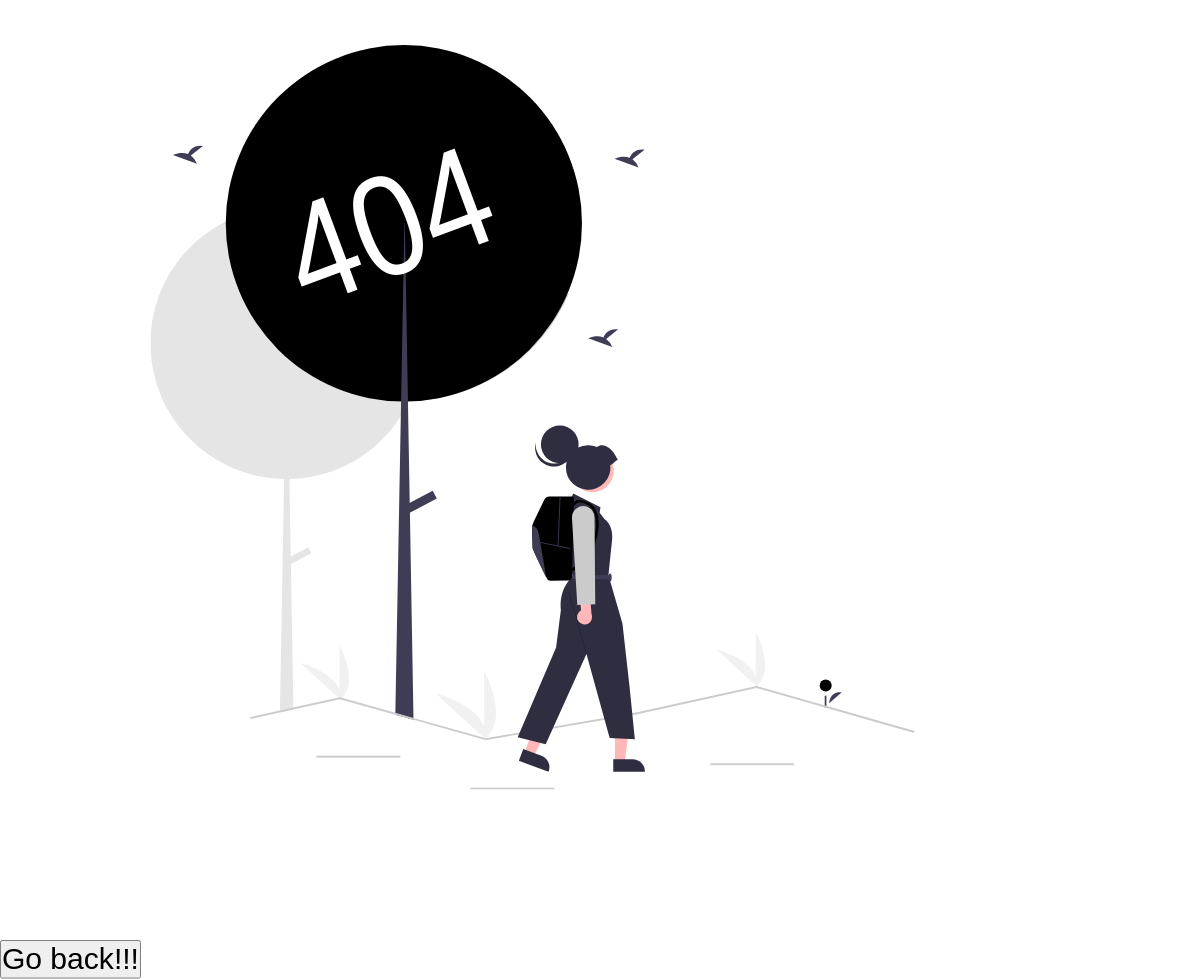
Repository: TeeJaysDev/Portfolio
Page: 404.html
These files come from the project's save history. The page is drawn as it stood at one moment and after a run of saves; the edit follows.
The browser window is 1280 px wide. The pictures show the whole page, at 94% of full size.

Above is the page before, as saved 2021-06-11 23:10:59.

After the next 2 saves:
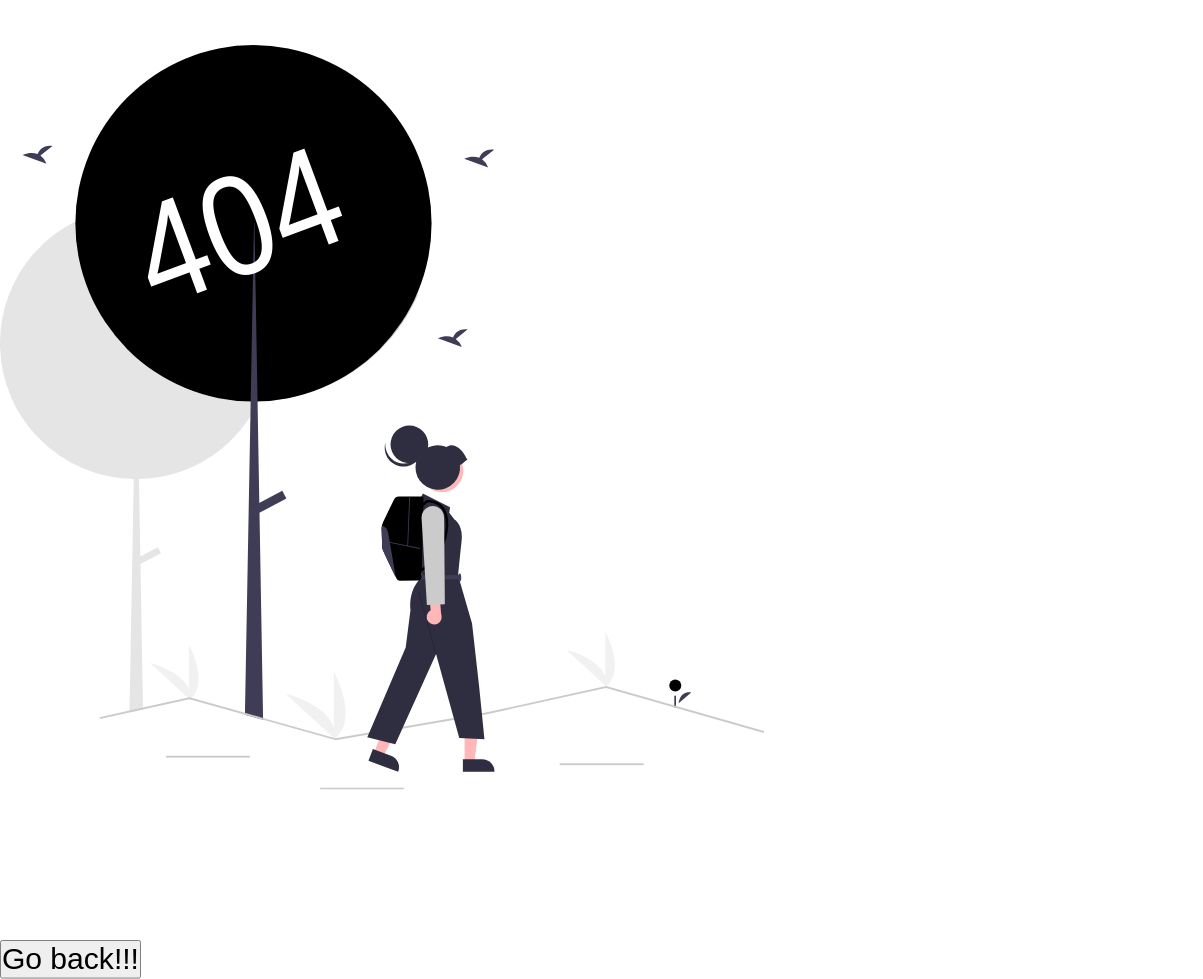
The 2 saves are shown as one change because they came seconds apart.
The last was saved 12 s later.
--- a/404.css
+++ b/404.css
@@ -30,7 +30,7 @@
 }
 
 .error img {
-    margin-left: -30rem;
+    margin-left: -40rem;
     margin-top: 3rem;
 }
 
